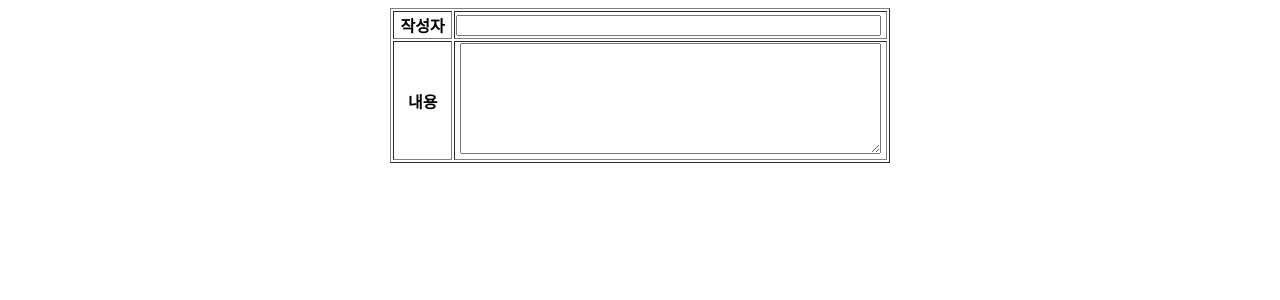
Repository: sgnq008-tech/JSP
Page: jsp_workspace/WebProject/src/main/webapp/bbs/write.html
The author's editor kept a copy of each file at every save. The page is drawn from the files as they stood at one save, then again after the next save.
The browser window is 1280 px wide. The pictures show the whole page.

Above is the page before, as saved 2026-09-09 02:45:04.

After the next save:
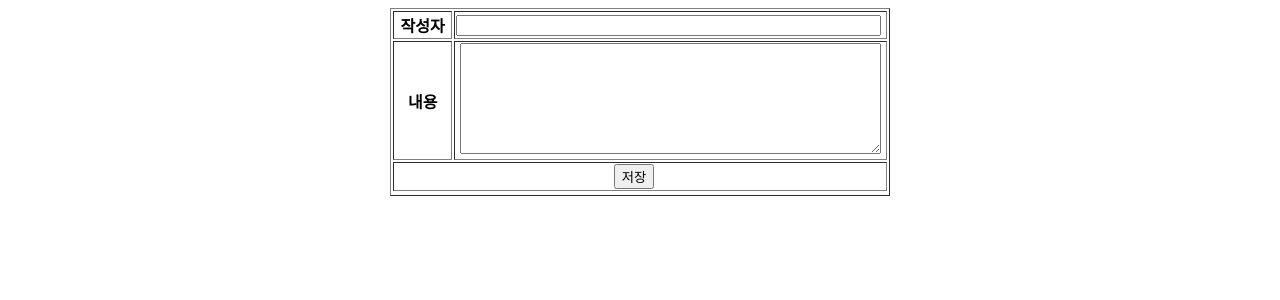
Saved 4 min 9 s later.
--- a/jsp_workspace/WebProject/src/main/webapp/bbs/write.html
+++ b/jsp_workspace/WebProject/src/main/webapp/bbs/write.html
@@ -21,6 +21,13 @@
                          </td>
 
                     </tr>
+                            <td colspan="2" align="center">
+                                   <input type="submit" value="저장">
+                                   &nbsp;&nbsp;
+
+                    <tr>
+
+                    </tr>
 
                  </table>
 
